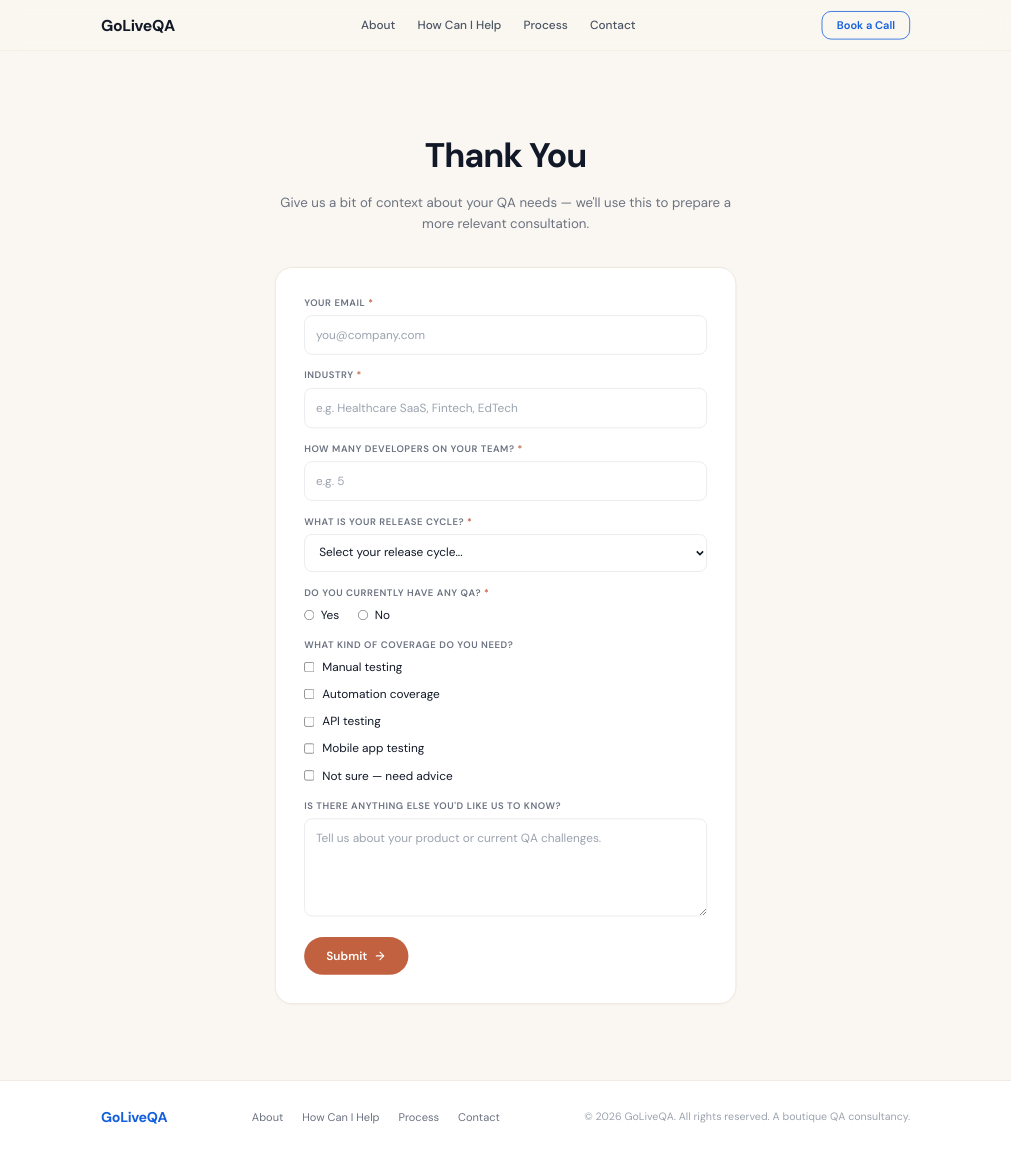
Repository: Monika281992/GoLiveQA
Page: /book-a-call
The author's editor kept a copy of each file at every save. The page is drawn from the files as they stood at one save, then again after the next save.
The browser window is 1280 px wide. The pictures show the whole page, at 79% of full size.
The project was rebuilt for these pictures with package versions that can differ from the ones it lists, and the page was loaded fresh each time. The framework's server and built-in components were replaced by stand-ins that run in the browser. Also part of the build but not shown: next.config.mjs.

Above is the page before, as saved 2026-06-27 11:35:40.

After the next save:
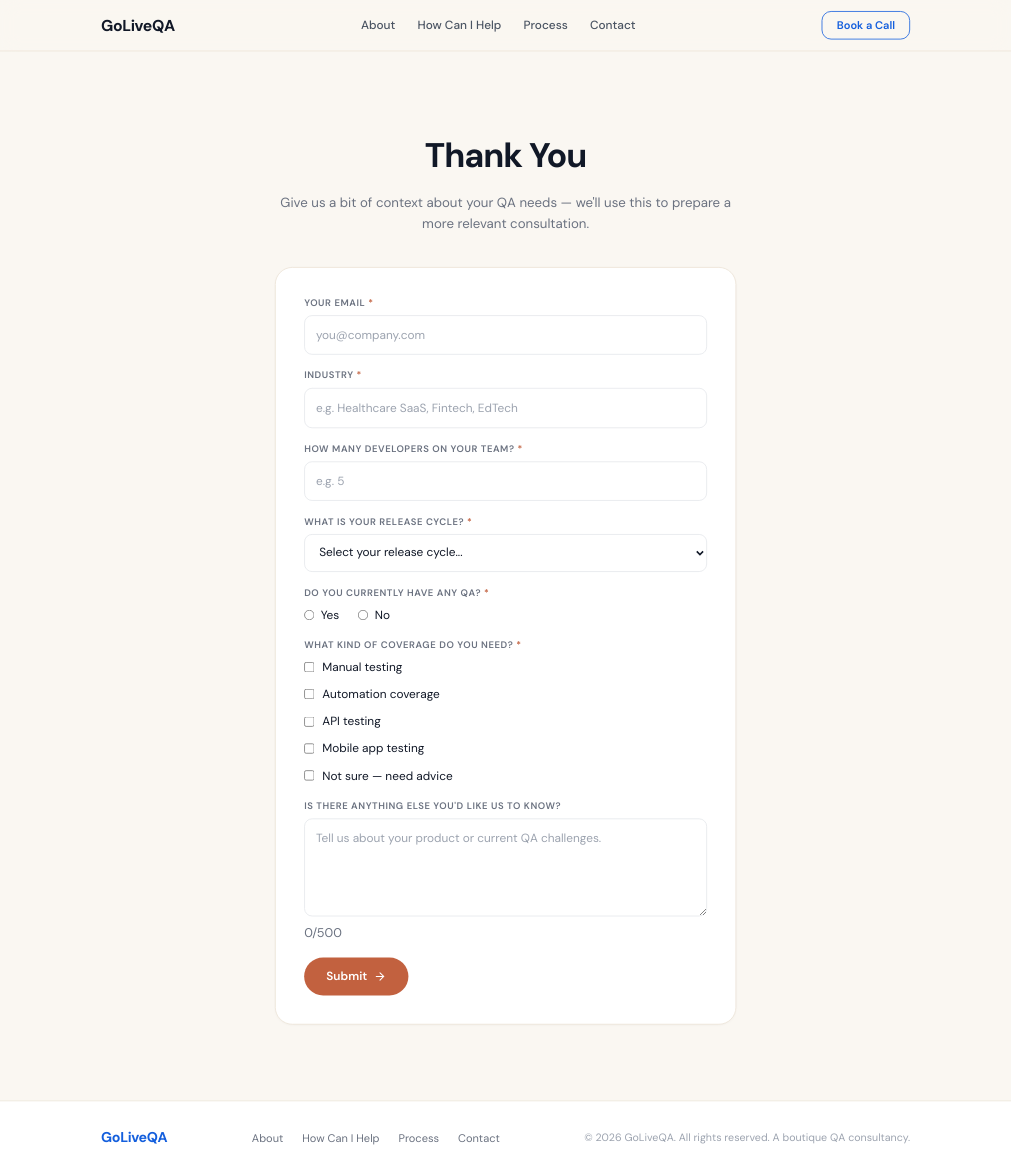
Saved 51 s later.
--- a/components/BookCall.jsx
+++ b/components/BookCall.jsx
@@ -68,6 +68,10 @@ export function BookCall() {
 
   async function handleSubmit(e) {
     e.preventDefault();
+    if (formData.coverage.length === 0) {
+      setError("Please select at least one coverage option.");
+      return;
+    }
     setIsSubmitting(true);
     setError("");
     try {
@@ -223,7 +227,7 @@ export function BookCall() {
 
       {/* 5. Coverage */}
       <div>
-        <label className={labelClass}>What kind of coverage do you need?</label>
+        <label className={labelClass}>What kind of coverage do you need? <span className="text-accent">*</span></label>
         <div className="flex flex-col gap-2.5">
           {coverageOptions.map((opt) => (
             <label key={opt} className="flex cursor-pointer items-center gap-2.5 text-[15px] text-ink">
@@ -245,11 +249,13 @@ export function BookCall() {
         <textarea
           name="notes"
           value={formData.notes}
-          onChange={handleChange}
+          onChange={(e) => { if (e.target.value.length <= 500) handleChange(e); }}
           rows={4}
+          maxLength={500}
           placeholder="Tell us about your product or current QA challenges."
           className={`${fieldClass} resize-y`}
         />
+        <p className="mt-1 text-right text-[12px] text-muted">{formData.notes.length}/500</p>
       </div>
 
       <button
